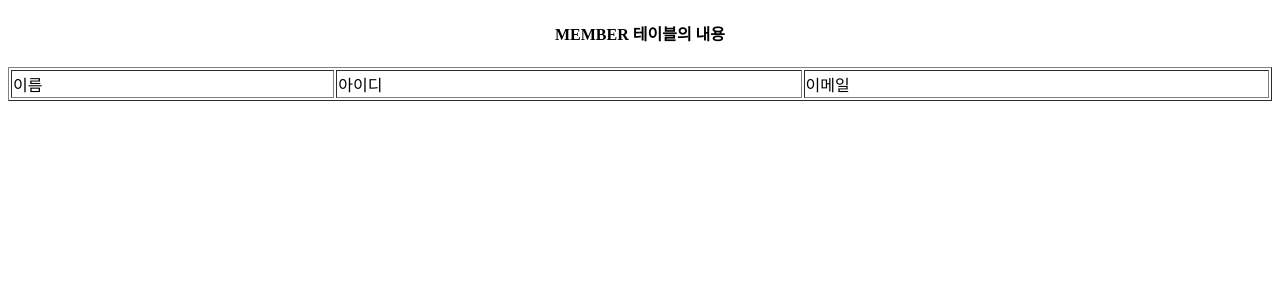
Repository: teeeeeeemo/workspace_jsp
Page: http://localhost/chap14/viewMemberUsingPool2.jsp
These files come from the project's save history. The page is drawn as it stood at one moment and after the next save; the edit follows.
The browser window is 1280 px wide. The pictures show the whole page.
The page is served by Tomcat 9. Other server files are loaded and not shown. Queries for data that is not in the repository find no rows.

Above is the page before, as saved 2017-01-14 07:29:36.

### chap14/WebContent/viewMemberUsingPool2.jsp
<%@page import="java.sql.SQLException"%>
<%@page import="java.sql.DriverManager"%>
<%@page import="java.sql.ResultSet"%>
<%@page import="java.sql.Statement"%>
<%@page import="java.sql.Connection"%>
<%@ page language="java" contentType="text/html; charset=UTF-8"
    pageEncoding="UTF-8"%>
<!DOCTYPE html PUBLIC "-//W3C//DTD HTML 4.01 Transitional//EN" "http://www.w3.org/TR/html4/loose.dtd">
<html>
<head>
<meta http-equiv="Content-Type" content="text/html; charset=UTF-8">
<title>회원 목록</title>
</head>
<body>
<div align="center">
<h4>MEMBER 테이블의 내용 </h4>
<table width="100%" border="1">
<tr>
	<td>이름</td><td>아이디</td><td>이메일</td>
	</tr>

	<%
		Connection conn = null;
		Statement stmt = null;
		ResultSet rs = null;

		try {
			String jdbcDriver = "jdbc:apache:commons:dbcp:chap14";
			String query = "select * from MEMBER order by NAME";
			conn = DriverManager.getConnection(jdbcDriver);
			stmt = conn.createStatement();
			rs = stmt.executeQuery(query);
			while(rs.next()) {
		%>
		<tr>
			<td><%= rs.getString("NAME")  %></td>
			<td><%= rs.getString("MEMBERID") %></td>
			<td><%= rs.getString("EMAIL")  %></td>
		</tr>
		<%
				}
			} finally{
				if(rs != null) try { rs.close(); } catch(SQLException ex) {}
				if(stmt != null) try {stmt.close(); } catch(SQLException ex){}
				if(conn != null) try {conn.close();} catch(SQLException ex) {}
			}
			%>

	</table>
</div>

</body>
</html>

After the next save:
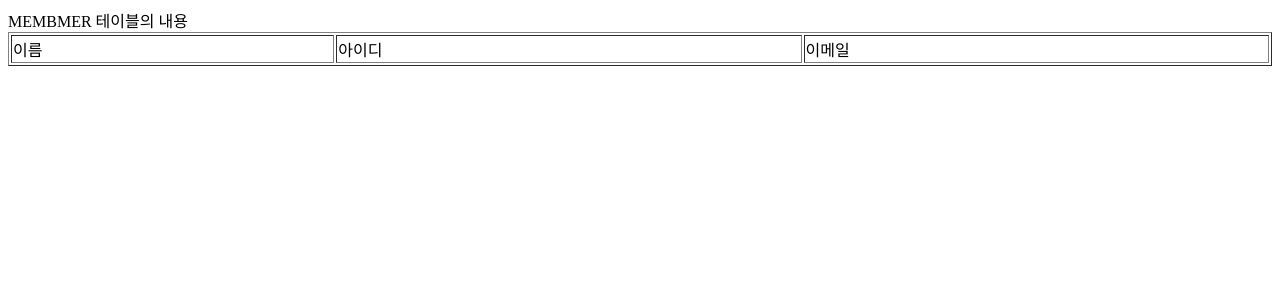
Saved 84 s later.
--- a/chap14/WebContent/viewMemberUsingPool2.jsp
+++ b/chap14/WebContent/viewMemberUsingPool2.jsp
@@ -1,53 +1,46 @@
-<%@page import="java.sql.SQLException"%>
-<%@page import="java.sql.DriverManager"%>
-<%@page import="java.sql.ResultSet"%>
-<%@page import="java.sql.Statement"%>
-<%@page import="java.sql.Connection"%>
-<%@ page language="java" contentType="text/html; charset=UTF-8"
-    pageEncoding="UTF-8"%>
-<!DOCTYPE html PUBLIC "-//W3C//DTD HTML 4.01 Transitional//EN" "http://www.w3.org/TR/html4/loose.dtd">
+<%@ page contentType = "text/html; charset=utf-8" %>
+<%@ page import = "java.sql.DriverManager" %>
+<%@ page import = "java.sql.Connection" %>
+<%@ page import = "java.sql.Statement" %>
+<%@ page import = "java.sql.ResultSet" %>
+<%@ page import = "java.sql.SQLException" %>
 <html>
-<head>
-<meta http-equiv="Content-Type" content="text/html; charset=UTF-8">
-<title>회원 목록</title>
-</head>
+<head><title>회원 목록</title></head>
 <body>
-<div align="center">
-<h4>MEMBER 테이블의 내용 </h4>
+
+MEMBMER 테이블의 내용
 <table width="100%" border="1">
 <tr>
 	<td>이름</td><td>아이디</td><td>이메일</td>
-	</tr>
+</tr>
+<%
 
-	<%
-		Connection conn = null;
-		Statement stmt = null;
-		ResultSet rs = null;
+	Connection conn = null;
+	Statement stmt = null;
+	ResultSet rs = null;
 
-		try {
-			String jdbcDriver = "jdbc:apache:commons:dbcp:chap14";
-			String query = "select * from MEMBER order by NAME";
-			conn = DriverManager.getConnection(jdbcDriver);
-			stmt = conn.createStatement();
-			rs = stmt.executeQuery(query);
-			while(rs.next()) {
-		%>
-		<tr>
-			<td><%= rs.getString("NAME")  %></td>
-			<td><%= rs.getString("MEMBERID") %></td>
-			<td><%= rs.getString("EMAIL")  %></td>
-		</tr>
-		<%
-				}
-			} finally{
-				if(rs != null) try { rs.close(); } catch(SQLException ex) {}
-				if(stmt != null) try {stmt.close(); } catch(SQLException ex){}
-				if(conn != null) try {conn.close();} catch(SQLException ex) {}
-			}
-			%>
-
-	</table>
-</div>
+	try {
+		String jdbcDriver = "jdbc:apache:commons:dbcp:chap14";
+		String query = "select * from MEMBER order by MEMBERID";
+		conn = DriverManager.getConnection(jdbcDriver);
+		stmt = conn.createStatement();
+		rs = stmt.executeQuery(query);
+		while(rs.next()) {
+%>
+<tr>
+	<td><%= rs.getString("NAME") %></td>
+	<td><%= rs.getString("MEMBERID") %></td>
+	<td><%= rs.getString("EMAIL") %></td>
+</tr>
+<%
+		}
+	} finally {
+		if (rs != null) try { rs.close(); } catch(SQLException ex) {}
+		if (stmt != null) try { stmt.close(); } catch(SQLException ex) {}
+		if (conn != null) try { conn.close(); } catch(SQLException ex) {}
+	}
+%>
+</table>
 
 </body>
 </html>
